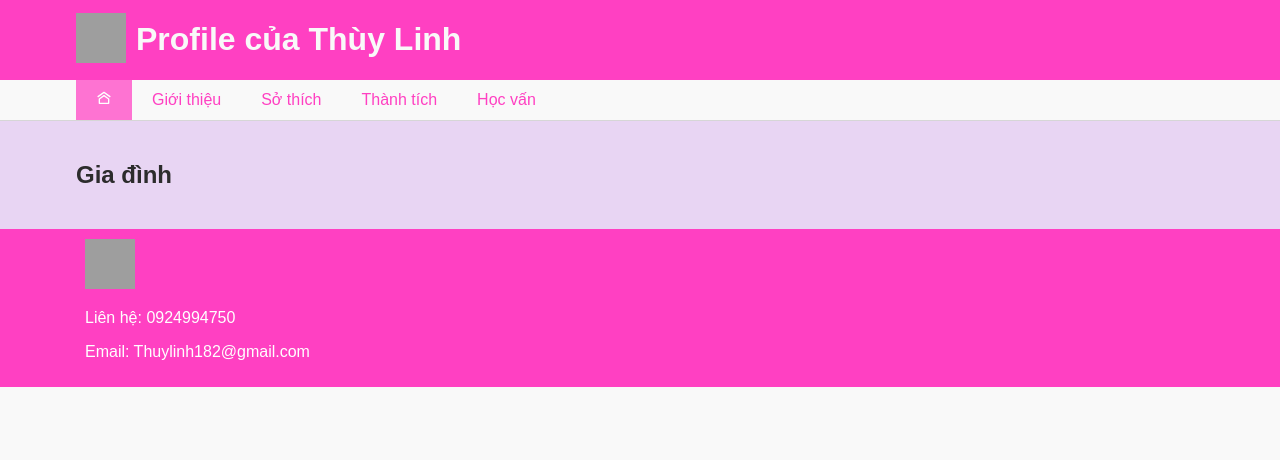
Repository: DucLong-PD07979/profile-vu-thuy-linh
Page: gia-dinh.html
The author's editor kept a copy of each file at every save. The page is drawn from the files as they stood at one save, then again after the next save.
The browser window is 1280 px wide. The pictures show the whole page.
Pictures or frames that could not be fetched are drawn as grey boxes.

Above is the page before, as saved 2025-03-08 21:41:33.
Not found: script.js

### gia-dinh.html
<!DOCTYPE html>
<html lang="vi">
    <head>
        <meta charset="UTF-8" />
        <meta name="viewport" content="width=device-width, initial-scale=1.0" />
        <title>Profile của Thùy Linh</title>
        <link rel="stylesheet" href="./css/main.css" />
        <script defer src="script.js"></script>
    </head>
    <body>
        <header>
            <div class="container">
                <div class="logo">
                    <img
                        src="https://encrypted-tbn0.gstatic.com/images?q=tbn:ANd9GcQHs0UoAlT72hduByWmi6BstIWlXX2zQqTC_Q&s"
                        alt="Logo"
                    />
                </div>
                <h1>Profile của Thùy Linh</h1>
            </div>
        </header>
        <div class="menu-list">
            <div class="container">
                <nav>
                    <ul>
                        <li>
                            <a href="./index.html" class="active">
                                <svg
                                    xmlns="http://www.w3.org/2000/svg"
                                    viewBox="0 0 24 24"
                                    fill="currentColor"
                                >
                                    <path
                                        d="M12.5812 2.68627C12.2335 2.43791 11.7664 2.43791 11.4187 2.68627L1.9187 9.47198L3.08118 11.0994L11.9999 4.7289L20.9187 11.0994L22.0812 9.47198L12.5812 2.68627ZM19.5812 12.6863L12.5812 7.68627C12.2335 7.43791 11.7664 7.43791 11.4187 7.68627L4.4187 12.6863C4.15591 12.874 3.99994 13.177 3.99994 13.5V20C3.99994 20.5523 4.44765 21 4.99994 21H18.9999C19.5522 21 19.9999 20.5523 19.9999 20V13.5C19.9999 13.177 19.844 12.874 19.5812 12.6863ZM5.99994 19V14.0146L11.9999 9.7289L17.9999 14.0146V19H5.99994Z"
                                    ></path>
                                </svg>
                            </a>
                        </li>
                        <li>
                            <a href="./ban-than.html">Giới thiệu</a>
                            <ul class="menu-children">
                                <li><a href="./ban-than.html">Bản thân</a></li>
                                <li><a href="./gia-dinh.html">Gia đình</a></li>
                            </ul>
                        </li>
                        <li><a href="./so-thich.html">Sở thích</a></li>
                        <li><a href="./thanh-tich.html">Thành tích</a></li>
                        <li><a href="#education">Học vấn</a></li>
                    </ul>
                </nav>
            </div>
        </div>
        <section id="family-section">
            <div class="container">
                <h2>Gia đình</h2>
                <div class="family-section-content">
                    <div class="box"></div>
                    <div class="box"></div>
                    <div class="box"></div>
                    <div class="box"></div>
                </div>
            </div>
        </section>
        <footer>
            <div class="container">
                <div class="logo">
                    <img
                        src="https://encrypted-tbn0.gstatic.com/images?q=tbn:ANd9GcQHs0UoAlT72hduByWmi6BstIWlXX2zQqTC_Q&s"
                        alt="Logo"
                    />
                </div>
                <p>Liên hệ: 0924994750</p>
                <p>Email: Thuylinh182@gmail.com</p>
            </div>
        </footer>
    </body>
</html>
<!-- https://profile-vu-thuy-linh.vercel.app/ -->

### css/main.css
* {
    box-sizing: border-box;
}

body {
    font-family: Arial, sans-serif;
    margin: 0;
    padding: 0;
    background-color: #f9f9f9;
    color: #2c2c2c;
}

.container {
    margin: 0 5%;
    padding: 0 12px;
}

header {
    background-color: #ff40c2;
    color: #f9f9f9;
}

header .container {
    display: flex;
    align-items: center;
}

.logo img {
    width: 50px;
    height: 50px;
    margin-right: 10px;
}

.menu-list {
    color: #ff40c2;
    border-bottom: 1px solid #d6d6d6;
}

nav ul {
    list-style: none;
    padding: 0;
    display: flex;
    align-items: center;
    margin: 0;
}

nav ul li {
    display: inline;
    position: relative;
}

nav ul li a {
    color: #ff40c2;
    text-decoration: none;
    padding: 10px 20px;
    display: block;
    font-size: 16px;
    transition: all 0.1s linear;
}

nav ul li a.active {
    background-color: #fe73d2;
}

nav ul li a svg {
    width: 16px;
    height: 16px;
    color: #ffffff;
}

nav ul li a:hover {
    color: white;
    background-color: #fe73d2;
}

.menu-children {
    position: absolute;
    z-index: 9;
    top: 100%;
    display: none;
    background-color: #f9f9f9;
}

nav ul li:hover .menu-children {
    display: block;
}

.participation-section {
    display: grid;
    gap: 10px;
    grid-template-columns: 1fr 1fr 1fr 1fr 1fr;
}

.item-1 {
    grid-column: 1 / 5;
    display: grid;
    grid-template-columns: 1fr 1fr;
    gap: 10px;
    width: 100%;
}

.item-2 {
    grid-column: 5 / 6;
}

.participation-section .item-1 img {
    width: 100%;
    height: 300px;
}

.participation-section .item-2 img {
    width: 100%;
    height: 240px;
    margin-bottom: 10px;
}

.participation-content {
    width: 100%;
}

.participation-content a {
    color: #404042;
    display: block;
    padding: 6px 0;
}

.participation-content a:hover {
    color: #fe73d2;
    text-decoration: underline;
}

/* giới thiệu bản thân */
#introduce-section {
    background-color: #fbdce2;
    width: 100%;
    padding: 20px 0;
}

.introduce-section-content {
    display: grid;
    grid-template-columns: 1fr 1fr;
    gap: 10px;
    align-items: center;
}

.introduce-section-content .box .gallery {
    width: 100%;
}

.introduce-section-content .box .gallery img {
    width: 100%;
    height: 400px;
    object-fit: fill;
}

.introduce-section-content .item-3 {
    grid-column: 1 /3;
    display: grid;
    gap: 20px;
    grid-template-columns: 1fr 1fr 1fr;
}

.introduce-section-content img {
    width: 100%;
    height: 600px;
    margin: 50px 0;
}

/* gia dinh */

#family-section {
    background-color: #e8d5f3;
    width: 100%;
    padding: 20px 0;
}

footer {
    background-color: #ff40c2;
    color: white;
    padding: 10px;
}

After the next save:
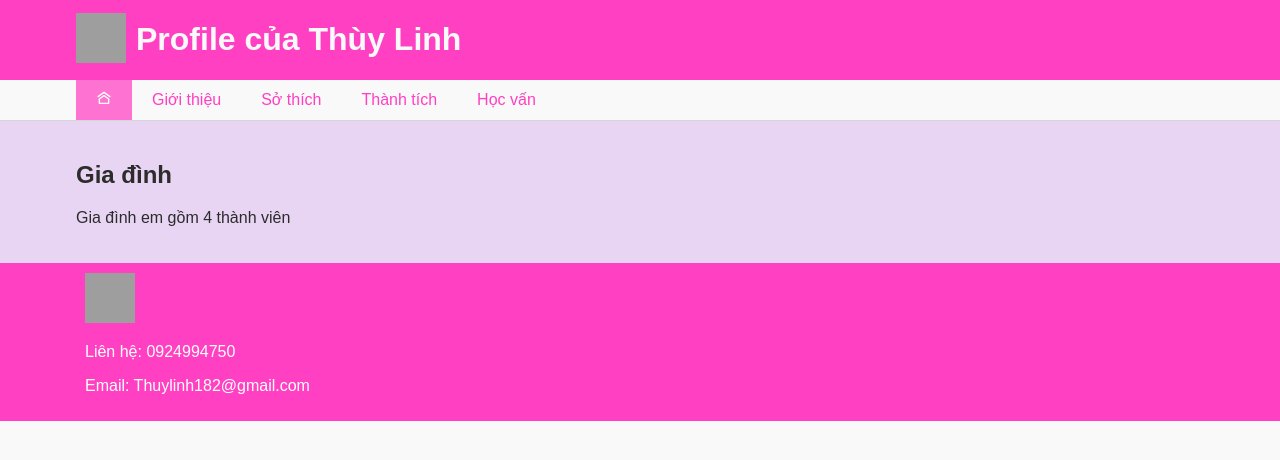
Saved 26 s later.
--- a/gia-dinh.html
+++ b/gia-dinh.html
@@ -54,7 +54,9 @@
             <div class="container">
                 <h2>Gia đình</h2>
                 <div class="family-section-content">
-                    <div class="box"></div>
+                    <div class="box">
+                        <p>Gia đình em gồm 4 thành viên</p>
+                    </div>
                     <div class="box"></div>
                     <div class="box"></div>
                     <div class="box"></div>
